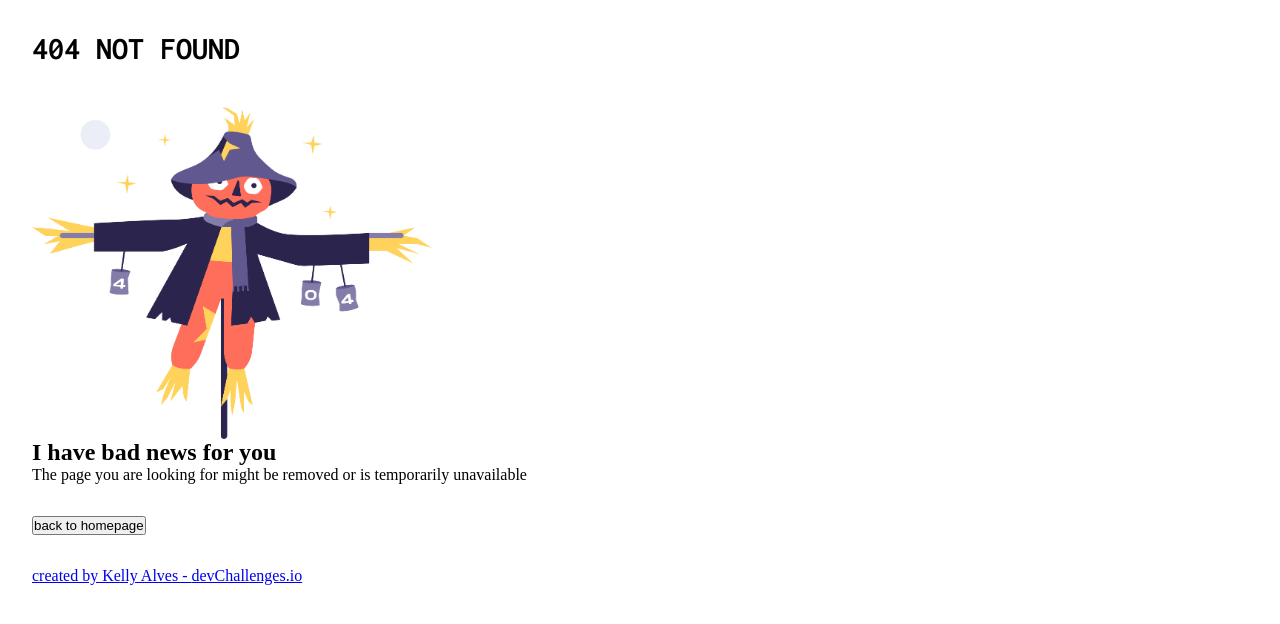
Repository: kellyalves87/404_not_found
Page: index.html
The author's editor kept a copy of each file at every save. The page is drawn from the files as they stood at one save, then again after the next save.
The browser window is 1280 px wide. The pictures show the whole page.

Above is the page before, as saved 2021-05-16 16:11:04.

After the next save:
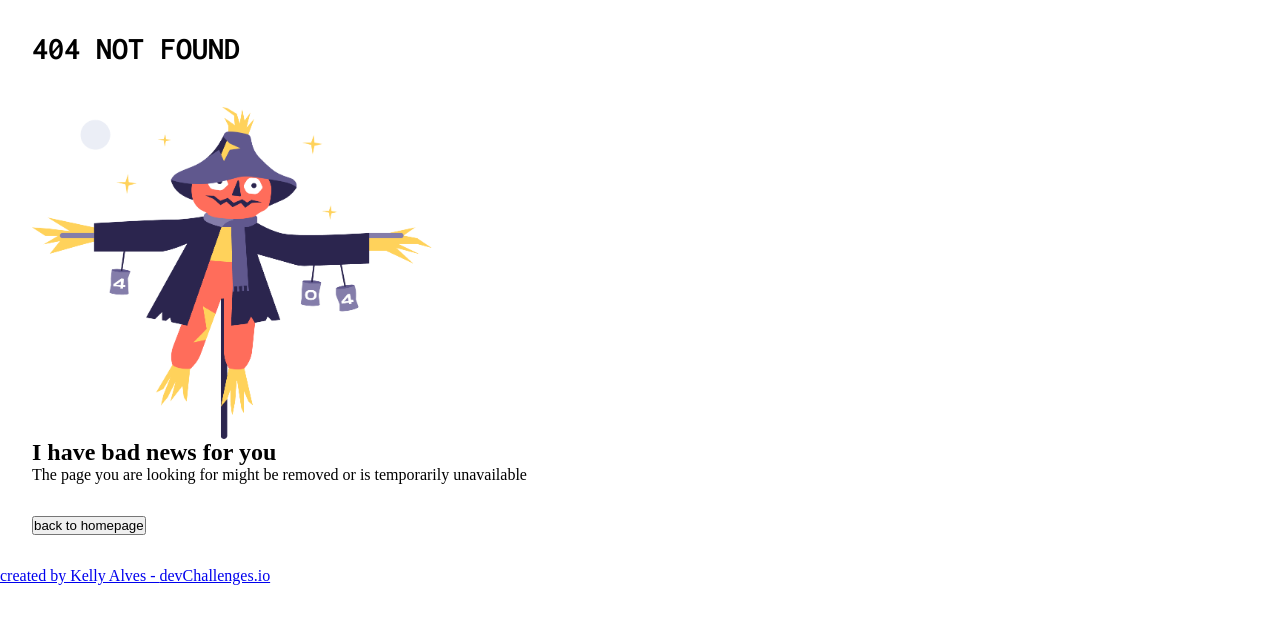
Saved 11 s later.
--- a/style/index.css
+++ b/style/index.css
@@ -87,6 +87,7 @@
   .header,
   .content,
   .button,
-  .footer {
+  .footer
+  img {
     margin: 2rem;
   }

After the save that followed:
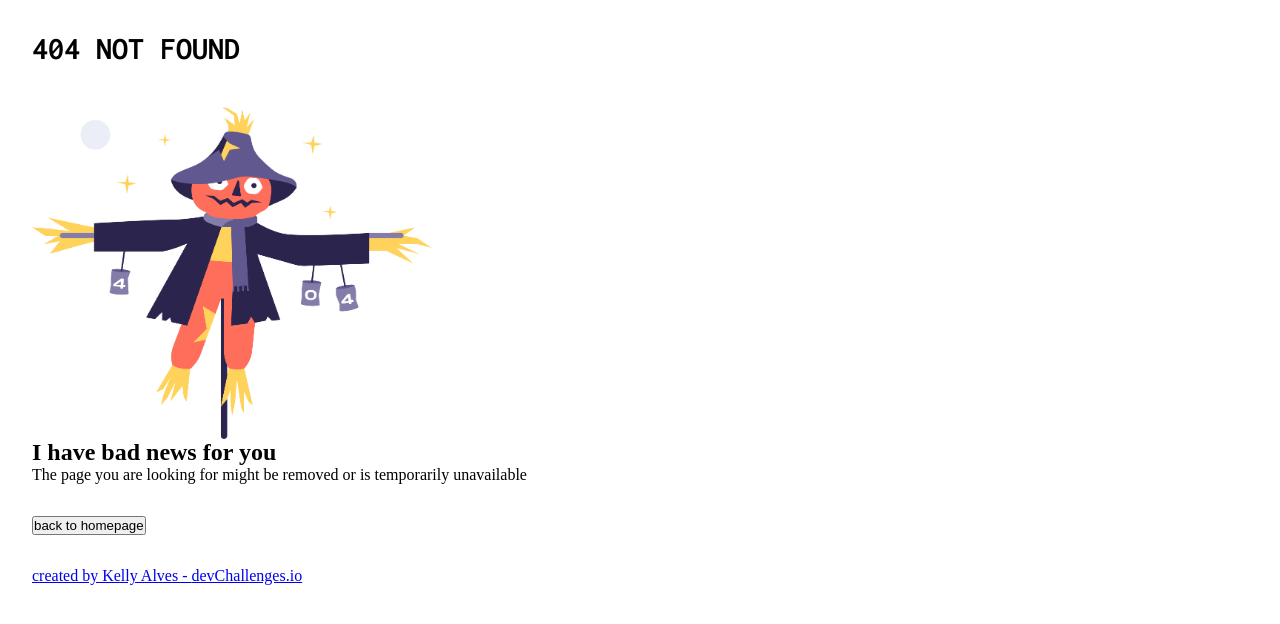
Saved 9 s later.
--- a/style/index.css
+++ b/style/index.css
@@ -87,7 +87,6 @@
   .header,
   .content,
   .button,
-  .footer
-  img {
+  .footer {
     margin: 2rem;
   }
